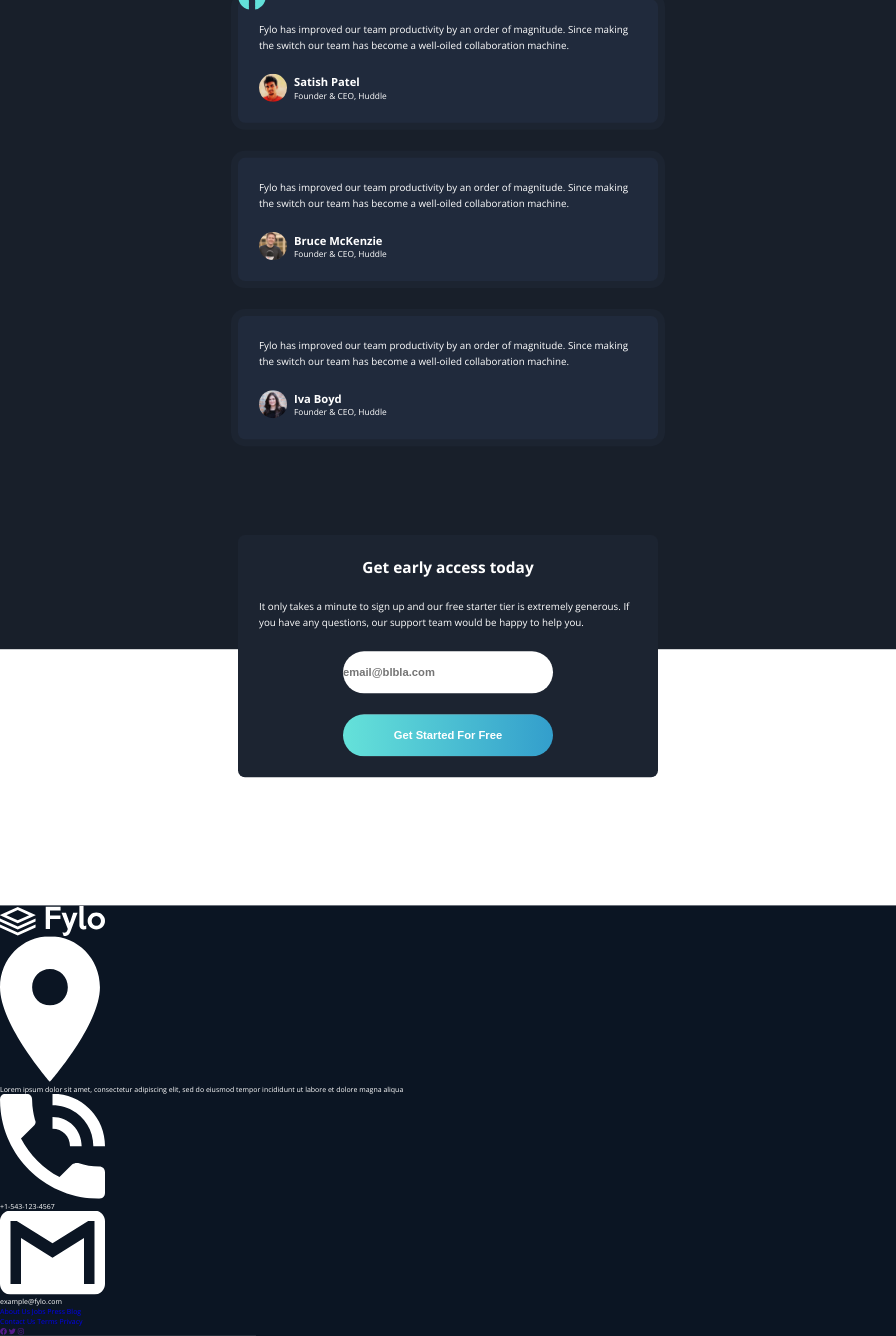
Repository: tomas938/fylo-dark-theme-landing-page-master
Page: index.html
These files come from the project's save history. The page is drawn as it stood at one moment and after the next save; the edit follows.
The browser window is 1280 px wide. The pictures show the part of the page from y = 2769 to 4689 px (the page is 4677 px tall before and 4689 px after), at 70% of full size.
Some web libraries are served in a nearby version. The style sheet was rebuilt from its Sass, Less or Tailwind sources for each picture, by a compiler version that may differ from the author's.

Above is the page before, as saved 2021-08-05 17:31:07.

### index.html
<!DOCTYPE html>
<html lang="en">
	<head>
		<meta charset="UTF-8" />
		<meta name="viewport" content="width=device-width, initial-scale=1.0" />
		<link
			rel="icon"
			type="image/png"
			sizes="32x32"
			href="./images/favicon-32x32.png"
		/>
		<title>
			Frontend Mentor | Fylo landing page with dark theme and features grid
		</title>
		<link rel="stylesheet" href="https://pro.fontawesome.com/releases/v5.10.0/css/all.css" integrity="sha384-AYmEC3Yw5cVb3ZcuHtOA93w35dYTsvhLPVnYs9eStHfGJvOvKxVfELGroGkvsg+p" crossorigin="anonymous"/>
		<link rel="stylesheet" href="/scss/main.css" />
	</head>
	<body>
		<section class="intro">
			<nav class="intro__navigation">
				<img src="/images/logo.svg" alt="" />
				<ul class="intro__navigation__links">
					<li><a href="#">Features</a></li>
					<li><a href="#">Team</a></li>
					<li><a href="#">Sign In</a></li>
				</ul>
			</nav>
			<div class="intro__description">
				<img class="bg-image" src="/images/illustration-intro.png" alt="" />
				<h1>All your files in one secure location, accessible anywhere.</h1>
				<p>
					Fylo stores all your most important files in one secure location.
					Access them wherever you need, share and collaborate with friends
					family, and co-workers.
				</p>
				<button class="blue-rounded">Get Started</button>
			</div>
		</section>
		<section class="about">
			<div class="about__item">
				<img src="/images/icon-access-anywhere.svg" class="icon"></img>
				<h3>Access your files, anywhere</h3>
				<p>
					The ability to use a smartphone, tablet, or computer to access your
					account means your files follow you everywhere.
				</p>
			</div>
			<div class="about__item">
				<img src="/images/icon-security.svg" class="icon"></img>
				<h3>Security you can trust</h3>
				<p>
					2-factor authentication and user-controlled encryption are just a
					couple of the security features we allow to help secure your files.
				</p>
			</div>
			<div class="about__item">
				<img src="/images/icon-collaboration.svg" class="icon"></img>
				<h3>Real-time collaboration</h3>
				<p>
					Securely share files and folders with friends, family and colleagues
					for live collaboration. No email attachments required.
				</p>
			</div>
			<div class="about__item">
				<img src="/images/icon-any-file.svg" class="icon"></img>
				<h3>Store any type of file</h3>
				<p>
					Whether you're sharing holidays photos or work documents, Fylo has you
					covered allowing for all file types to be securely stored and shared.
				</p>
			</div>
		</section>
    <section class="informations">
      <div class="informations__image">
        <img src="/images/illustration-stay-productive.png" alt="">
      </div>
      <div class="informations__content">
        <h4>Stay productive, wherever you are</h4>
        <p> Never let location be an issue when
		accessing your files. Fylo has you covered for all of your file storage
		needs.</p>
        <p> Securely share files and folders with friends, family and colleagues
		for live collaboration. No email attachments required.</p>
        <div class="link">
          <a href="#"> See how Fylo works</a>
          <img src="/images/icon-arrow.svg" alt="">
        </div>
      </div>
    </section>
    <section class="testimonials">
      <div class="testimonials__item">
        <img class="quotes" src="/images/bg-quotes.png" alt="">
        <p>	Fylo has improved our team productivity by an order of magnitude. Since
		making the switch our team has become a well-oiled collaboration machine.</p>
      <div class="person">
        <img src="/images/profile-1.jpg" alt="">
        <div class="person__information">
          <h4>	Satish Patel </h4>
          <h5> Founder & CEO, Huddle</h5>
        </div>
      </div>
      </div>
      <div class="testimonials__item">
        <p>	Fylo has improved our team productivity
		by an order of magnitude. Since making the switch our team has become a
		well-oiled collaboration machine.</p>
      <div class="person">
        <img src="/images/profile-2.jpg" alt="">
        <div class="person__information">
          <h4>Bruce McKenzie </h4>
          <h5> Founder & CEO, Huddle</h5>
        </div>
      </div>
      </div>
      <div class="testimonials__item">
        <p>	Fylo has improved our team productivity
		by an order of magnitude. Since making the switch our team has become a
		well-oiled collaboration machine.</p>
      <div class="person">
        <img src="/images/profile-3.jpg" alt="">
        <div class="person__information">
          <h4>	Iva Boyd </h4>
          <h5> Founder & CEO, Huddle</h5>
        </div>
      </div>
      </div>
    </section >
	<section class="contact">
		<div class="contact__item">
			<h3>Get early access today</h3>
			<p>	 It only takes a minute to sign
		  up and our free starter tier is extremely generous. If you have any
		  questions, our support team would be happy to help you.</p>
		  <input type="text" placeholder="email@blbla.com">
		  <button class="blue-rounded ">Get Started For Free</button>
		</div>
	</section>
	<footer class="footer">
		<img src="/images/logo.svg" alt="">
		<div class="footer__information">
			<div class="footer__information__item">
				<img src="/images/icon-location.svg" alt="">
				<p>Lorem ipsum dolor sit amet, consectetur adipiscing elit, sed do eiusmod
		tempor incididunt ut labore et dolore magna aliqua</p>
			</div>
			<div class="footer__information__item">
				<img src="/images/icon-phone.svg" alt="">
				<p> +1-543-123-4567</p>
			</div>
			<div class="footer__information__item">
				<img id="logo" src="/images/icon-email.svg" alt="">
				<p>example@fylo.com</p>
			</div>
		</div>
		<div class="links-up">
			<a href="#">About Us</a>
			<a href="#">Jobs</a>
			<a href="#">Press</a>
			<a href="#"> Blog</a>
		</div>
		<div class="links-down">
			<a href="#"> Contact Us</a>
			<a href="#">Terms</a>
			<a href="#"> Privacy</a>
		</div>
		<div class="icon">
			<a href=""><i class="fab fa-facebook"></i></a>
			<a href=""><i class="fab fa-twitter"></i></a>
			<a href=""><i class="fab fa-instagram"></i></a>
		</div>
	</footer>



	</body>
</html>

### scss/main.scss
@import "./_partials/variables";
@import "./_partials/_reset";
@import "./_partials/_intro";
@import "./_partials/_about";
@import "./_partials/_informations";
@import "./_partials/_testimonials";
@import "./_partials/_contact";
@import "./_partials/_footer";

### scss/_partials/_variables.scss
// COLORS //

// ### Primary //

$intro-bg: hsl(217, 28%, 15%); // intro email sign up
$main-bg: hsl(218, 28%, 13%);
$footer-bg: hsl(216, 53%, 9%);
$testimonials-bg: hsl(219, 30%, 18%);

// ### Accent //

$cayn: hsl(176, 68%, 64%); //(inside call-to-action gradient)//
$blue: hsl(198, 60%, 50%); //(inside call-to-action gradient)//
$error: hsl(0, 100%, 63%);

// ### Neutral //

$white: hsl(0, 0%, 100%);

// FONTS //

// ### Headings, Call-to-actions, Header Navigation //

@import url("https://fonts.googleapis.com/css2?family=Raleway:wght@400;700&display=swap");

$heading-font: "Raleway", sans-serif;
$heading-light: 400;
$heading-bold: 700;

// ### Body //

@import url("https://fonts.googleapis.com/css2?family=Open+Sans:wght@400;700&family=Raleway:wght@400;700&display=swap");

$body-font: "Open Sans", sans-serif;
$body-light: 400;
$body-bold: 700;

// Button
.blue-rounded {
	max-width: 30rem;
	font-size: 1.6rem;
	font-weight: $heading-bold;
	border: none;
	outline: none;
	color: $white;
	background-image: linear-gradient(to right, $cayn, $blue);
	border-radius: 3rem;
	height: 6rem;
	width: 100%;
}

### scss/_partials/_reset.scss
* {
	margin: 0;
	padding: 0;
	box-sizing: border-box;
}
body {
	color: $white;
	font-family: $body-font;
}
html {
	font-size: 62.5%;
	// @media only screen and (max-width: 375px) {
	// 	font-size: 92.5%;
	// }
}
a {
	text-decoration: none;
}
li {
	list-style: none;
}

### scss/_partials/_intro.scss
.intro {
	background-color: $intro-bg;
	font-family: $heading-font;
	background-image: url(/images/bg-curvy-mobile.svg);
	background-repeat: no-repeat;
	background-position: bottom;
	background-size: 150% 50%;

	&__navigation {
		padding: 3rem 2rem;
		display: flex;
		justify-content: space-between;
	}
	img {
		width: 10rem;
		height: 2.95rem;
	}

	&__navigation__links {
		display: flex;
		align-items: center;
	}
	li:not(:last-child) {
		margin-right: 2.2rem;
	}
	a {
		color: $white;
		font-weight: $heading-light;
		font-size: 1.4rem;
	}
	&__description {
		max-width: 60rem;
		padding: 3rem;
		margin: auto;
		display: flex;
		flex-direction: column;
		align-items: center;
		grid-gap: 2rem;
	}
	.bg-image {
		width: 100%;
		height: 100%;
	}
	h1 {
		font-size: 2.5rem;
		text-align: center;
		line-height: 3.5rem;
	}
	p {
		font-size: 1.4rem;
		line-height: 2.3rem;
		text-align: center;
	}
}

### scss/_partials/_about.scss
.about {
	display: grid;
	grid-template-columns: 1fr;
	justify-items: center;
	grid-gap: 5rem;
	background-color: $main-bg;
	font-family: $heading-font;
	padding: 5rem 0;
	&__item {
		max-width: 35rem;
		display: flex;
		flex-direction: column;
		align-items: center;
		justify-content: center;
		padding: 0 1.5rem;
		grid-gap: 1rem;
	}
	.icon {
		margin-bottom: 3rem;
	}
	h3 {
		font-size: 2.2rem;
	}
	p {
		font-size: 1.4rem;
		line-height: 2.3rem;
	}
	h3,
	p {
		text-align: center;
	}
}

### scss/_partials/_informations.scss
.informations {
	display: flex;
	flex-direction: column;
	justify-content: center;
	align-items: center;
	grid-gap: 3rem;
	font-family: $heading-font;
	background-color: $main-bg;
	padding: 3rem;
	&__image {
		img {
			width: 100%;
		}
	}
	&__content {
		max-width: 60rem;

		display: flex;
		flex-direction: column;
		grid-gap: 2rem;
	}
	h3 {
		text-align: center;
	}

	h4 {
		font-size: 1.8rem;
	}
	p {
		font-size: 1.4rem;
		line-height: 2.3rem;
		text-align: left;
	}
	.link {
		display: flex;
		align-items: center;
		justify-content: flex-start;
		border-bottom: 1px solid $cayn;
		width: 16rem;
		a {
			font-size: 1.4rem;
			color: $cayn;
		}
		img {
			margin-left: 1rem;
			height: 2rem;
		}
	}
}

### scss/_partials/_testimonials.scss
.testimonials {
	background-color: $main-bg;
	display: flex;
	flex-direction: column;
	align-items: center;
	grid-gap: 5rem;
	padding: 10rem 4rem 30rem 4rem;
	position: relative;
	&__item {
		max-width: 60rem;
		background-color: $testimonials-bg;
		border-radius: 1rem;
		box-shadow: 0px 0px 0px 10px $intro-bg;
		padding: 3rem;
		display: flex;
		flex-direction: column;
		grid-gap: 3rem;
		position: relative;
		.quotes {
			position: absolute;
			top: -2.5rem;
			left: 0;
		}
	}
	.person {
		display: flex;
		align-items: center;
		grid-gap: 1rem;
	}
	img {
		border-radius: 50%;
		width: 4rem;
		height: 4rem;
	}
	p {
		font-size: 1.4rem;
		line-height: 2.3rem;
	}
	h4 {
		font-size: 1.6rem;
	}
	h5 {
		font-size: 1.2rem;
		font-weight: $heading-light;
	}
}

### scss/_partials/_contact.scss
.contact {
	display: flex;
	justify-content: center;
	padding: 1rem;
	.contact__item {
		transform: translateY(-50%);
		background-color: $intro-bg;
		padding: 3rem;
		border-radius: 1rem;
		max-width: 60rem;
		display: flex;
		flex-direction: column;
		align-items: center;
		grid-gap: 3rem;
	}
	h3 {
		font-size: 2.2rem;
	}
	p {
		font-size: 1.4rem;
		line-height: 2.3rem;
	}
	input {
		max-width: 30rem;
		font-size: 1.6rem;
		font-weight: $heading-bold;
		border: none;
		outline: none;
		color: $white;
		border-radius: 3rem;
		height: 6rem;
		width: 100%;
	}
}

### scss/_partials/_footer.scss
.footer {
	display: flex;
	flex-direction: column;
	background-color: $footer-bg;
	&__information {
		display: flex;
		flex-direction: column;
	}
	img {
		width: 15rem;
	}
	.icon {
	}
}

After the next save:
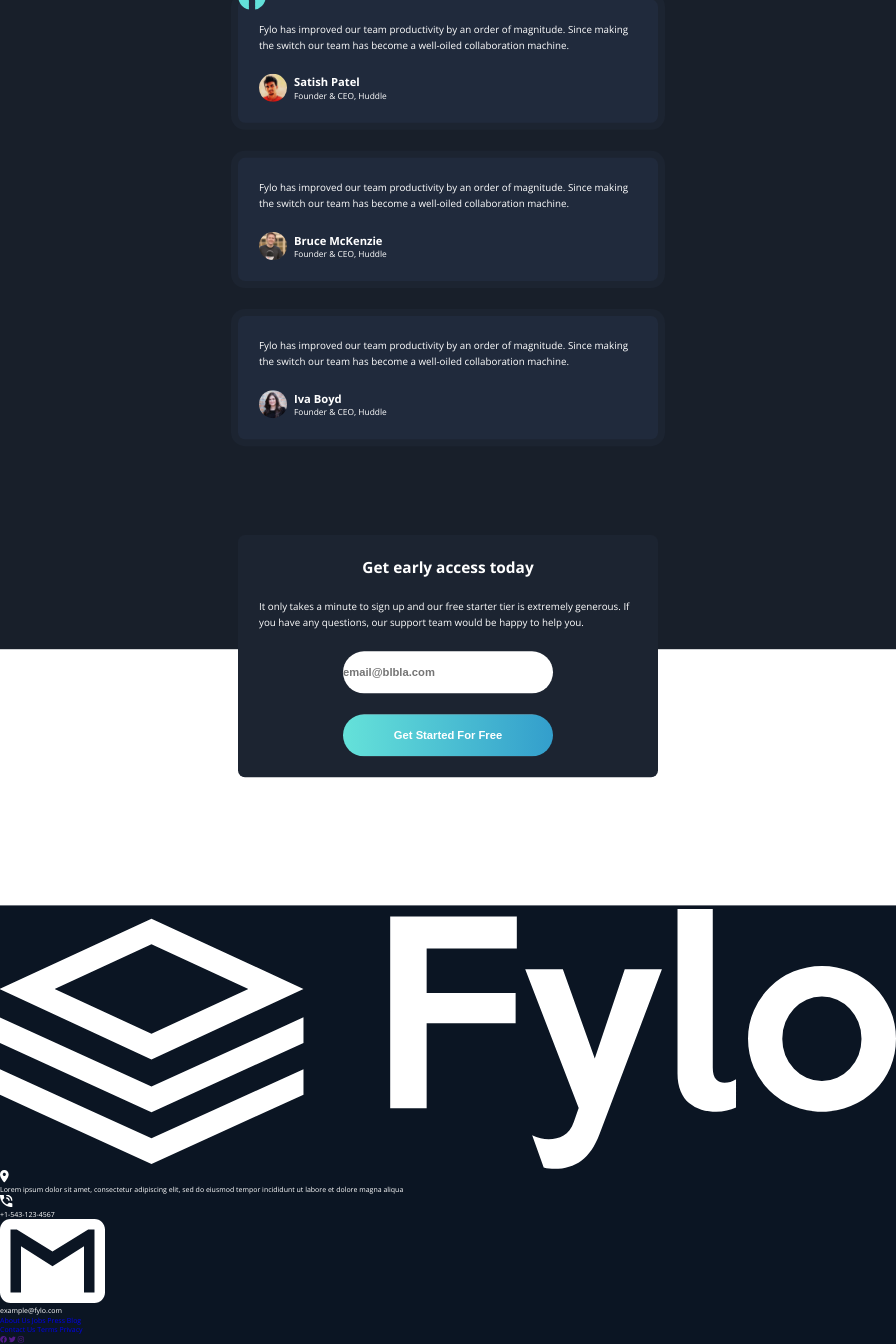
Saved 5 s later.
--- a/scss/_partials/_footer.scss
+++ b/scss/_partials/_footer.scss
@@ -6,7 +6,7 @@
 		display: flex;
 		flex-direction: column;
 	}
-	img {
+	#logo {
 		width: 15rem;
 	}
 	.icon {
